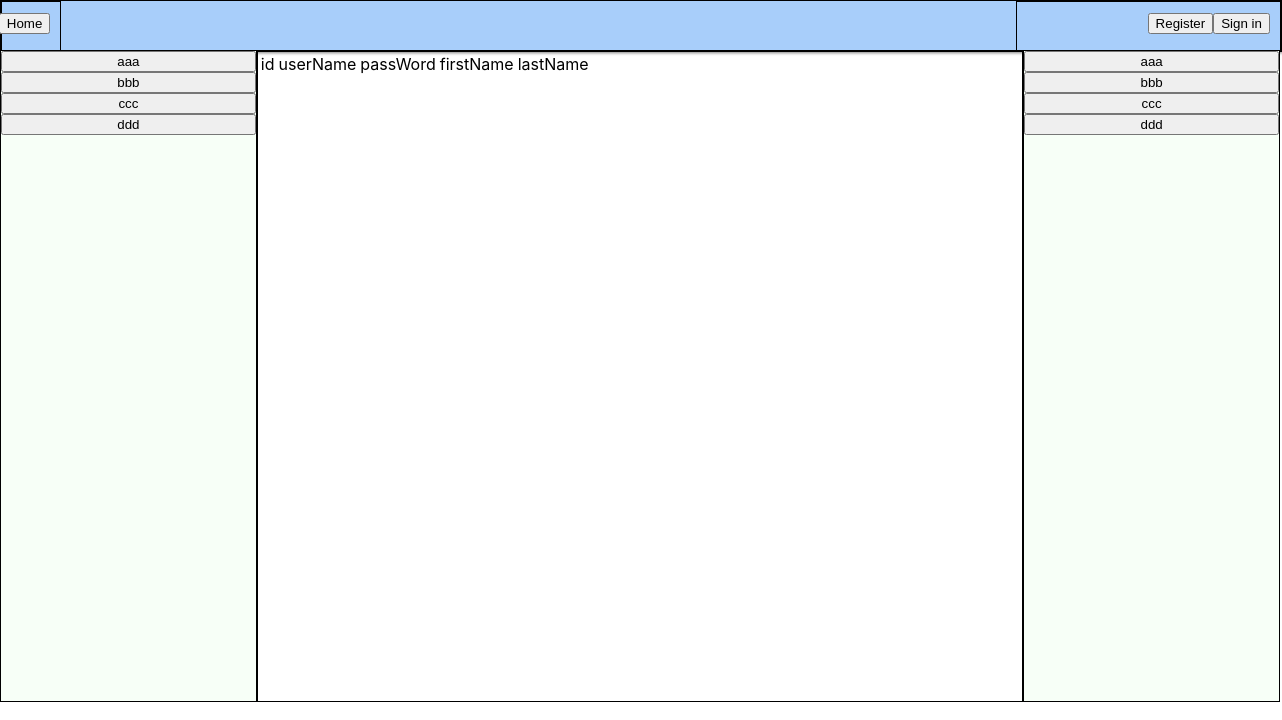
Repository: MichaelSodovski/website-client
Page: /users
The author's editor kept a copy of each file at every save. The page is drawn from the files as they stood at one save, then again after the next save.
The browser window is 1280 px wide. The page is 1282 px wide, so the pictures cover 1282 px, including what lies to the right of the window. The pictures show the whole page.
The page's requests for data from a server got no answer. The project was rebuilt for these pictures with package versions that can differ from the ones it lists, and the page was loaded fresh each time. No one was signed in, and anything a server would have sent is missing. Also part of the build but not shown: src/components/home/home.component.jsx, src/components/register/register.component.css, src/components/payment-info/payment.component.css, src/components/payment-info/payment.component.js, src/components/register/register.component.jsx, src/components/signIn/signIn.component.css, src/components/signIn/signIn.component.jsx.

Above is the page before, as saved 2022-05-14 22:15:43.

After the next save:
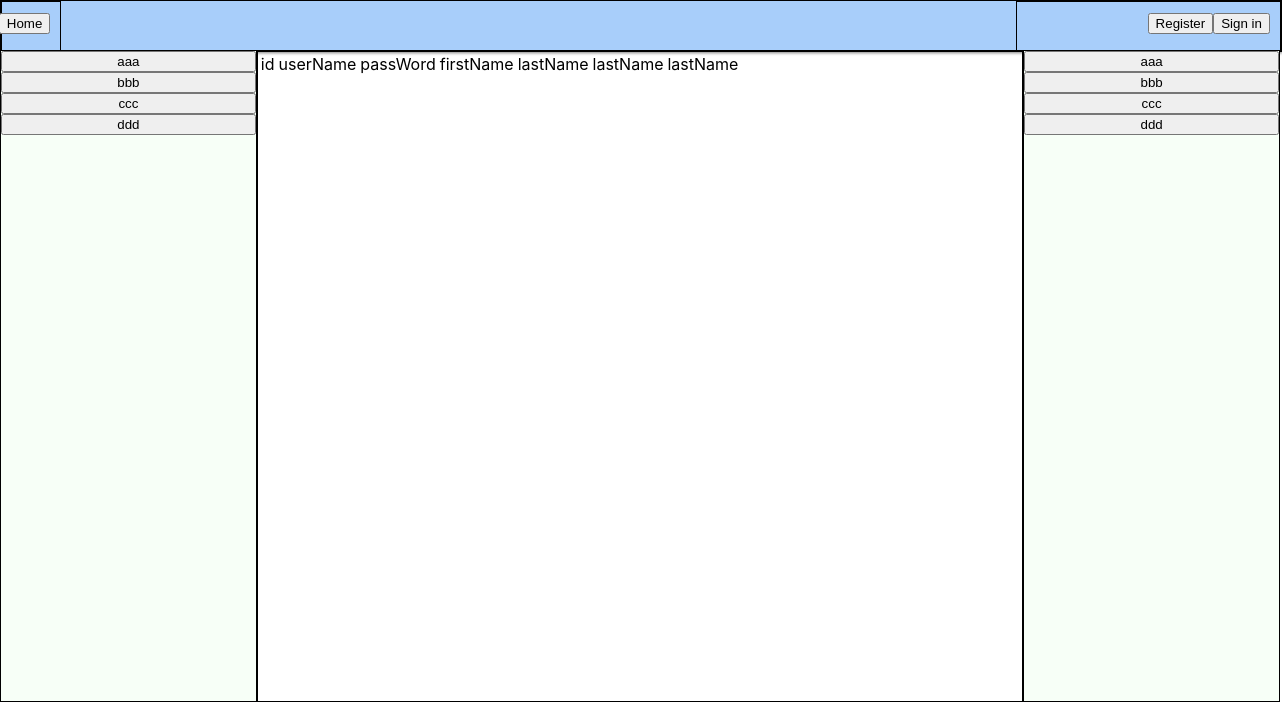
Saved 4 s later.
--- a/src/components/users/users.component.jsx
+++ b/src/components/users/users.component.jsx
@@ -33,6 +33,12 @@ export default function Users() {
                     <td>
                     lastName
                     </td>
+                    <td>
+                    lastName
+                    </td>
+                    <td>
+                    lastName
+                    </td>
                 </tr>
             </table>
         </div>
